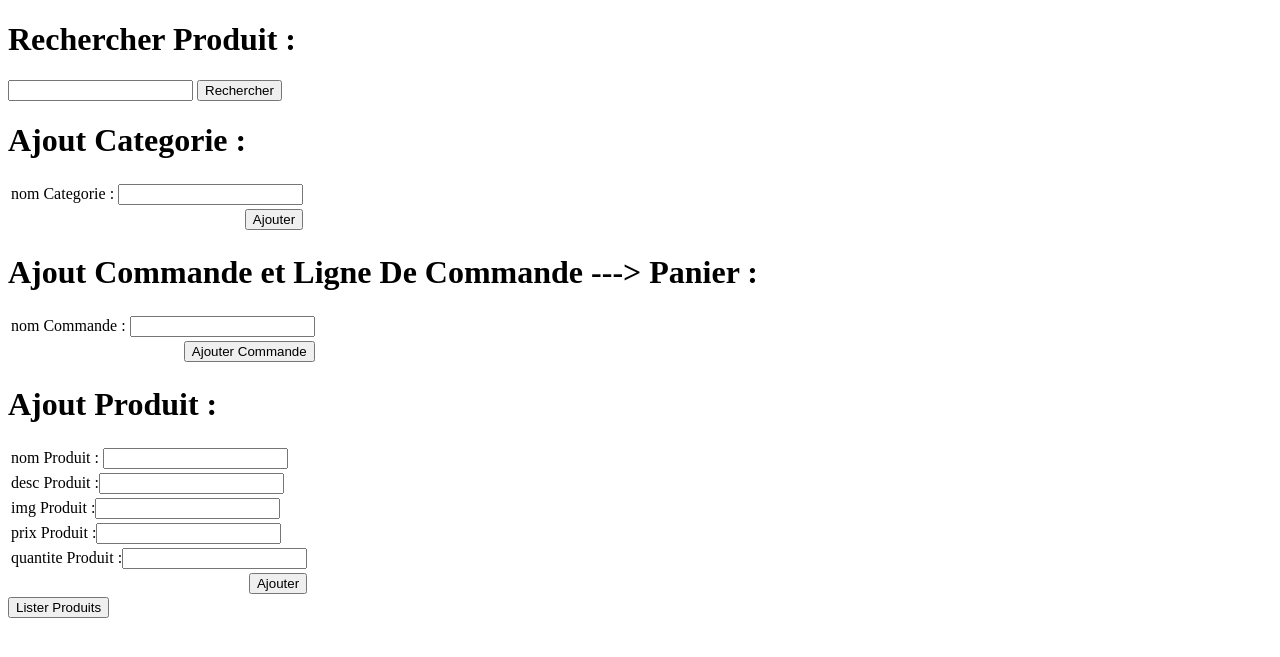
Repository: EBusinesss/Ebusiness
Page: http://localhost/EcomWEB/
The author's editor kept a copy of each file at every save. The page is drawn from the files as they stood at one save, then again after the next save.
The browser window is 1280 px wide. The pictures show the whole page.
The page is served by Tomcat 9. Nobody is signed in. The application's start-up code is not run.

Above is the page before, as saved 2014-12-06 23:54:36.

After the next save:
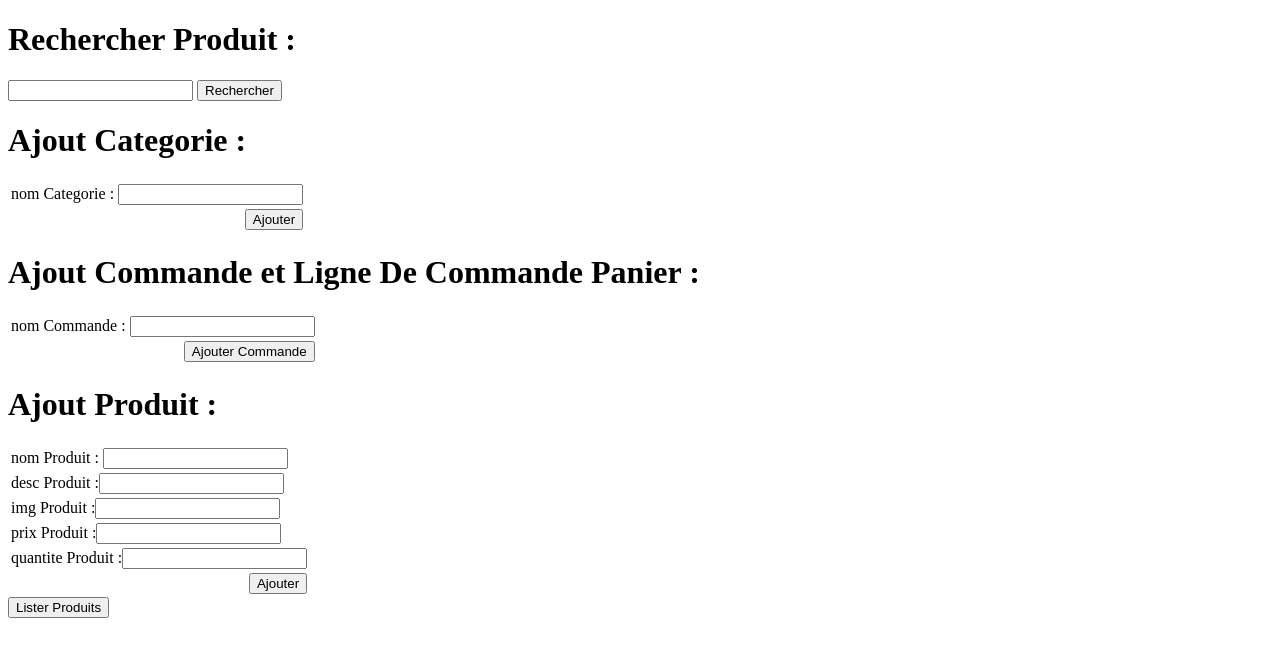
Saved 12 s later.
--- a/Workspace/EcomWEB/WebContent/index.jsp
+++ b/Workspace/EcomWEB/WebContent/index.jsp
@@ -29,7 +29,7 @@
 		</table>
 		</form>
 
-				<h1>Ajout Commande et Ligne De Commande ---> Panier :</h1>
+				<h1>Ajout Commande et Ligne De Commande  Panier :</h1>
 		<form action="AddCommandeServlet" method="post">
 		<table>
 			<tr><td> nom Commande 		: <input type="text" name="nomCommande" width="25"></td></tr>
